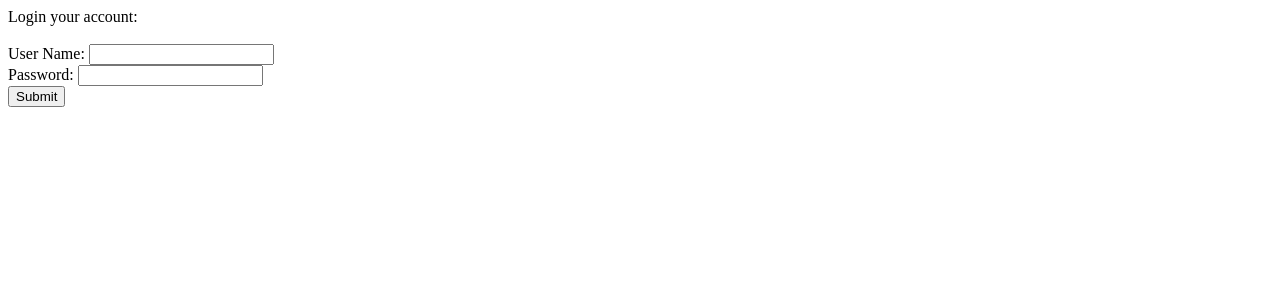
Repository: abuchanan11/CS485
Page: http://localhost/WeatherSite/
An editor plug-in stored every save of this project. The page is shown before and after the next save, followed by the edit.
The browser window is 1280 px wide. The pictures show the whole page.
The page is served by Tomcat 9.

Above is the page before, as saved 2015-12-01 20:42:00.

After the next save:
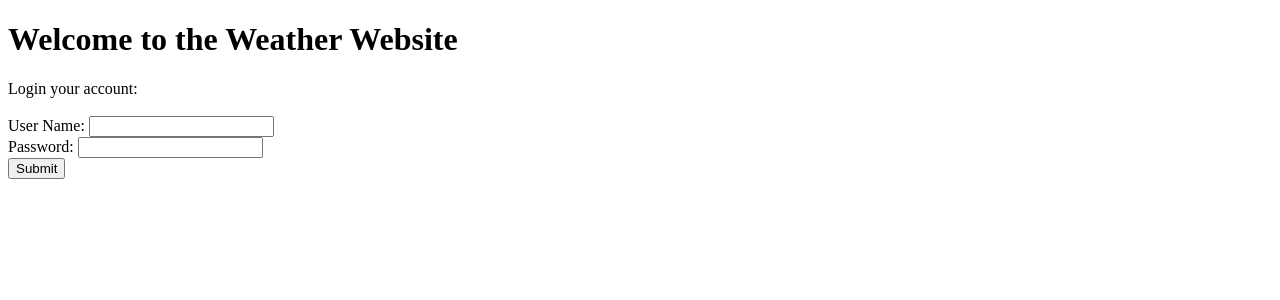
Saved 11 min 58 s later.
--- a/WeatherSite/WebContent/index.jsp
+++ b/WeatherSite/WebContent/index.jsp
@@ -10,6 +10,7 @@
 <%@ page import="java.io.*" %>
 <%@ page import="db.*" %>
 
+<h1>Welcome to the Weather Website</h1>
 <form  action="index.jsp" method="get">
 Login your account:<br/><br/>
 
